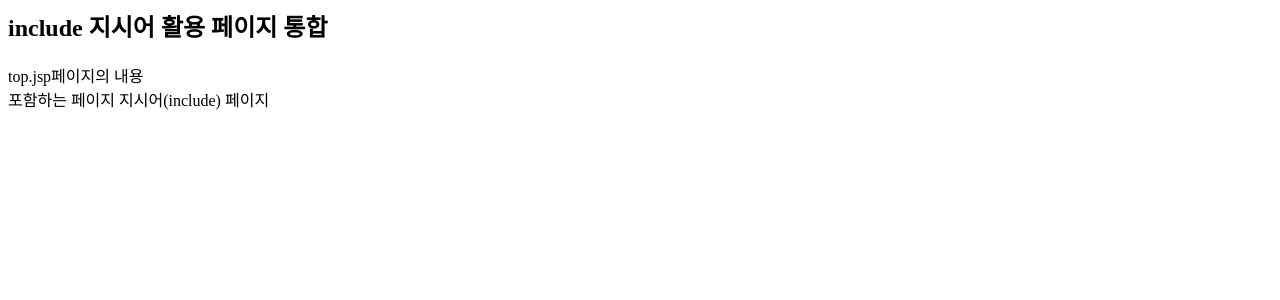
Repository: seminocoe/JSP_STUDY
Page: http://localhost/ServletProject/directive/includeex.jsp
An editor plug-in stored every save of this project. The page is shown before and after the next save, followed by the edit.
The browser window is 1280 px wide. The pictures show the whole page.
The page is served by Tomcat 9. Nobody is signed in. The application's start-up code is not run. Other server files are loaded and not shown.

Above is the page before, as saved 2022-08-01 06:07:41.

### ServletProject/src/main/webapp/directive/includeex.jsp
<%@ page language="java" contentType="text/html; charset=UTF-8"
    pageEncoding="UTF-8"%>

 <h2>include 지시어 활용 페이지 통합</h2>
 <%

 String name = "홍 길 동";

 %>
 <%@ include file="top.jsp"%>
 포함하는 페이지 지시어(include) 페이지
 <%@ include file="bottom.jsp"%>

### ServletProject/src/main/webapp/directive/top.jsp
<%@ page language="java" contentType="text/html; charset=UTF-8"
    pageEncoding="UTF-8"%>
    <%@ page import="java.util.*" %>
    <%
    Date date = new Date();
    %>
<!DOCTYPE html>
<html>
<head>
<meta charset="UTF-8">
<title></title>
</head>
<body>
top.jsp페이지의 내용<br>
</body>
</html>

Loaded but not shown: ServletProject/src/main/webapp/directive/bottom.jsp (common file)

After the next save:
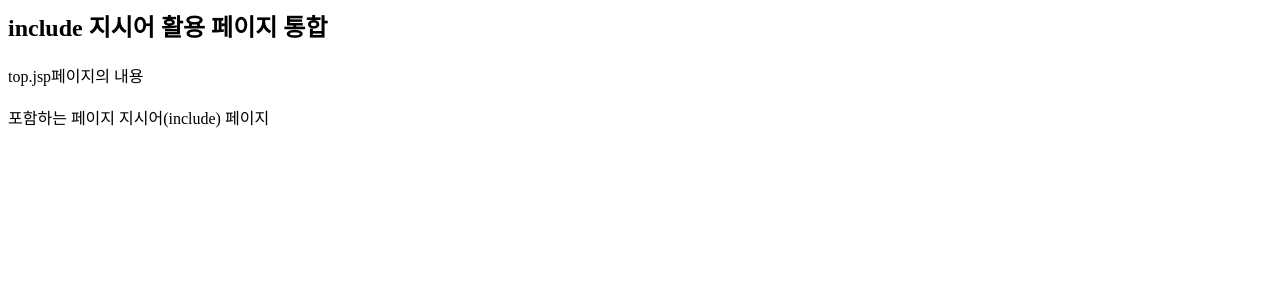
Saved 6 s later.
--- a/ServletProject/src/main/webapp/directive/top.jsp
+++ b/ServletProject/src/main/webapp/directive/top.jsp
@@ -11,6 +11,6 @@
 <title></title>
 </head>
 <body>
-top.jsp페이지의 내용<br>
+top.jsp페이지의 내용<br><br>
 </body>
 </html>
